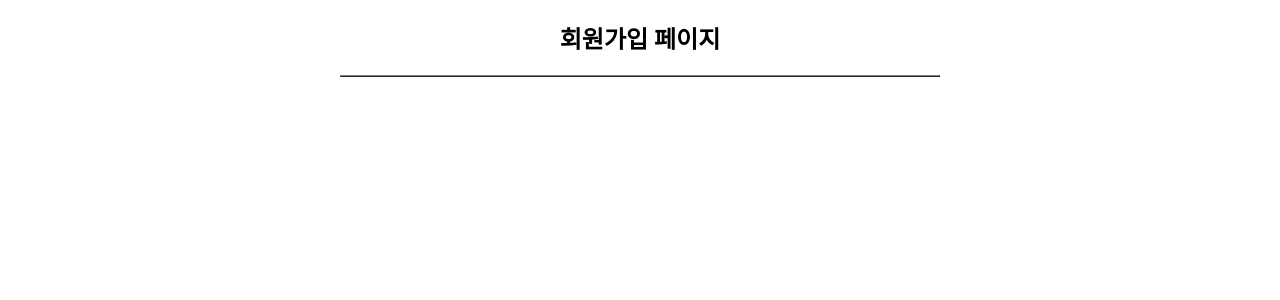
Repository: Served01/Project2_2209
Page: http://localhost/bookReviewProgram/memberinsertform.jsp
An editor plug-in stored every save of this project. The page is shown before and after the next save, followed by the edit.
The browser window is 1280 px wide. The pictures show the whole page.
The page is served by Tomcat 9. Other server files are loaded and not shown.

Above is the page before, as saved 2022-09-21 03:34:55.

### bookReviewProgram/src/main/webapp/memberinsertform.jsp
<%@ page language="java" contentType="text/html; charset=UTF-8"
    pageEncoding="UTF-8"%>
<!DOCTYPE html>
<html>
<head>
<meta charset="UTF-8">
<title>회원가입 페이지</title>
</head>
<body>
<h2 align = "center">회원가입 페이지</h2>
<form action = "memberinsertform.Pro.jsp" methos = "post" align = "center">
	<table border = "1" align = "center" width = "600"></table>

</form>
</body>
</html>

After the next save:
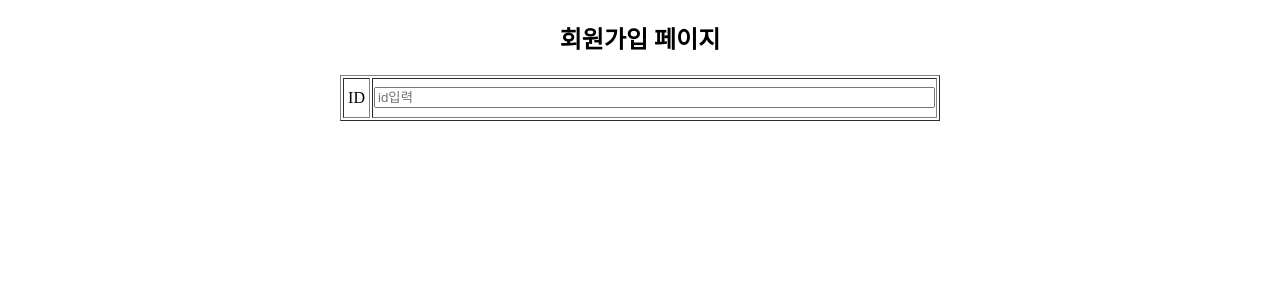
Saved 105 s later.
--- a/bookReviewProgram/src/main/webapp/memberinsertform.jsp
+++ b/bookReviewProgram/src/main/webapp/memberinsertform.jsp
@@ -9,8 +9,14 @@
 <body>
 <h2 align = "center">회원가입 페이지</h2>
 <form action = "memberinsertform.Pro.jsp" methos = "post" align = "center">
-	<table border = "1" align = "center" width = "600"></table>
+	<table border = "1" align = "center" width = "600">
+		<tr height = "40" align = "center">
+			<td width = "150">ID</td>
+			<td width = "250"><input type = "text" name = "id" size = "67" placeholder="id입력"/></td>
+		</tr>
 
+
+	</table>
 </form>
 </body>
 </html>
